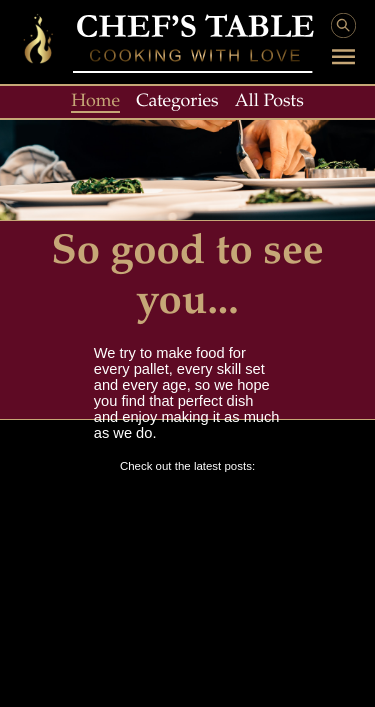
Repository: Noroff-FEU-Assignments/project-exam-1-runeunhjem
Page: index.html
An editor plug-in stored every save of this project. The page is shown before and after the next save, followed by the edit.
The browser window is 375 px wide. The pictures show the whole page.
The page's requests for data from a server got no answer.

Above is the page before, as saved 2023-05-01 14:09:28.

### index.html
<!DOCTYPE html>
<html lang="en">
<head>
  <!-- Hotjar Tracking Code for CHEF'S TABLE -->
  <script>
      (function(h,o,t,j,a,r){
          h.hj=h.hj||function(){(h.hj.q=h.hj.q||[]).push(arguments)};
          h._hjSettings={hjid:3468936,hjsv:6};
          a=o.getElementsByTagName('head')[0];
          r=o.createElement('script');r.async=1;
          r.src=t+h._hjSettings.hjid+j+h._hjSettings.hjsv;
          a.appendChild(r);
      })(window,document,'https://static.hotjar.com/c/hotjar-','.js?sv=');
  </script>
  <meta charset="UTF-8">
  <meta http-equiv="X-UA-Compatible" content="IE=edge">
  <meta name="viewport" content="width=device-width, initial-scale=1.0">
  <meta name="keywords" content="Cooking, Chef, Table, Dinner, Dessert, Cousine, Recipes, Food">
  <meta name="description" content="A blog with recipes for only the best and juiciest dishes">
  <link rel="stylesheet" href="css/styles.css">
  <link rel="stylesheet" href="css/out-of-view-menu-text.css">
  <link rel="shortcut icon" href="favicon.ico" type="image/x-icon">
  <script defer src="js/posts.js" type="module"></script>
  <script defer src="js/searchbar.js"></script>
  <script defer src="js/script.js" type="module"></script>
  <title>CHEF'S TABLE | Home</title>
</head>
<body>
  <header class="header-desktop header-mobile" aria-label="Header">
    <div class="header-container">
      <div class="header-flame-logo head-item">
        <a href="index.html" aria-label="Home">
          <img src="images/logo-flame.svg" class="flame-logo" alt="Chef's Table Flame Logo">
          <span class="out-of-view-menu-text">Home</span>
        </a>
      </div>
      <div class="header-text-logo head-item">
        <img src="images/mob-logo-text.svg" id="logo-text" alt="Chef's Table Text Logo">
      </div>
        <div class="search-and-menu header-icons head-item">
          <div class="search-icon">
            <img src="images/ico-search.svg" alt="Search Icon">
          </div>
          <div class="menu-icon">
            <img src="images/ico-menu.svg" alt="Menu Icon">
          </div>
        </div>
    </div>
    <nav class="main-navigation" aria-label="Main Navigation">
      <div class="nav-container">
        <div class="desk-menu mob-menu menu">
            <ul class="search-bar nav-bar">
              <li><a href="index.html" class="active">Home</a></li>
              <li><a href="categories.html">Categories</a></li>
              <li><a href="all-posts.html">All Posts</a></li>
              <li class="desktop-only tablet"><a href="latest-posts.html">Latest Posts</a></li>
              <li class="desktop-only tablet"><a href="image-gallery.html">Image Gallery</a></li>
              <li class="desktop-only"><a href="contact.html">Contact</a></li>
              <li class="desktop-only"><a href="about.html">About</a></li>
              <li class="desktop-only"><a href="add-new-post.html">Add New Post</a></li>
            </ul>
            <div class="search-container">
              <form>
                <input type="text" placeholder="Search..." aria-label="Search for recipes">
                <button type="submit" class="search-button">
                  <div class="searchbar-icon">
                    <img src="images/ico-search.svg" alt="Search Icon">
                  </div>
                </button>
              </form>
            </div>
          </div>
        </div>
    </nav>
  </header>
  <main class="index" aria-label="Main Section">
    <div class="hero-image post-preview" id="post-preview"></div>
    <div class ="thank-you-note">
      <h2 class="so-god-to-see-you">So good to see you...</h2>
      <p class="enjoy-note">We try to make food for every pallet, every skill set and every age, so we hope you find that perfect dish and enjoy making it as much as we do.</p>
      <p class="check-latest-posts-note">Check out the latest posts:</p>
    </div>
    <div class="carousel-home" id="carousel-home"></div>
  </main>
  <footer class="footer">
  </footer>
</body>
</html>

### css/styles.css
:root {
  --color-black: #000000;
  --color-white: #FFFFFF;
  --color-grey: #D9D9D9;
  --color-gold: #C6A777;
  --color-red: #A60033;
  --color-burgundy: #5E0A24;
  --border-radius-50: 50%;
  --border-radius-10: 10%;
  --border-1px-gold: 1px solid var(--color-gold);
  --border-2px-gold: 2px solid var(--color-gold);
  --font-family-elegant: "Garamond", "Times New Roman", serif;
  --font-family-normal: "Arial", "Helvetica", sans-serif;
}

*, *:before, *:after {
  box-sizing: inherit;
}

body {
  margin: 0;
  box-sizing: border-box;
  background-color: var(--color-black);
  color: var(--color-white);
}

header {
  display: flex;
  justify-content: center;
  flex-wrap: wrap;
}

img {
  max-width: 100%;
  max-height: 100%;
}

.header-container {
  display: flex;
  justify-content: space-around;
  align-items: center;
  margin: 0.5em 1em 0.7em 1em;
  box-sizing: border-box;
  max-height: 100%;
  width: 90vw;
  max-width: 970px;
  gap: 1em;
}
.header-container .flame-logo {
  max-height: 100px;
}

.header-text-logo {
  display: flex;
  align-items: flex-start;
}

.search-icon, .menu-icon {
  display: flex;
  justify-content: center;
  align-items: flex-end;
}

.search-and-menu {
  gap: 0.5em;
}

.head-item {
  display: flex;
  flex-direction: column;
  align-items: center;
  justify-content: center;
}

.main-navigation {
  display: flex;
  justify-content: center;
  align-items: center;
  height: auto;
  max-width: 100%;
  max-height: 100%;
}

.nav-container .menu {
  background-color: var(--color-burgundy);
  border-top: var(--border-2px-gold);
  border-bottom: var(--border-2px-gold);
  display: flex;
  flex-direction: column;
  justify-content: center;
  align-items: center;
  width: 100vw;
  min-height: 36px;
  height: 4vw;
  max-height: 48px;
}
.nav-container ul {
  display: flex;
  justify-content: space-around;
  gap: 1em;
  padding: 0;
  margin: 0;
  align-items: center;
}
.nav-container a {
  font-family: var(--font-family-elegant);
  font-size: calc(1rem + 0.5vw);
  color: var(--color-white);
  text-decoration: none;
}
.nav-container .hide {
  display: none;
}
.nav-container a:hover {
  color: var(--color-gold);
}
.nav-container li {
  list-style: none;
}
.nav-container .active {
  color: var(--color-gold);
  border-bottom: var(--border-2px-gold);
}

.search-container {
  display: none;
}

.show {
  display: flex;
  justify-content: center;
  align-items: center;
  max-width: 970px;
}
.show form {
  display: flex;
  justify-content: center;
  align-items: center;
  gap: 0.5em;
}
.show form input {
  text-indent: 0.5em;
  font-size: 1.2rem;
  background-color: var(--color-black);
  color: var(--color-white);
  border: var(--border-1px-gold);
  min-height: 24px;
  height: 2vw;
  min-width: 250px;
  border-radius: 6px;
}
.show form .search-button {
  border-radius: var(--border-radius-50);
  padding: 0;
  margin: 0;
  background-color: var(--color-burgundy);
  border: 1px solid var(--color-burgundy);
  min-height: 24px;
  height: 2vw;
}
.show img {
  min-height: 24px;
  height: 2vw;
}

main {
  display: flex;
  flex-direction: column;
  justify-content: flex-start;
  align-items: center;
}

.hero-image {
  background-image: url(../images/hero-image.png);
  background-size: cover;
  background-repeat: no-repeat;
  background-position: center bottom;
  width: 100vw;
  height: 279px;
}

.thank-you-note {
  display: flex;
  flex-direction: column;
  justify-content: flex-start;
  text-align: center;
  width: 100%;
  height: 200px;
  margin-bottom: 1em;
  background-color: var(--color-burgundy);
  color: var(--color-white);
  border-top: var(--border-1px-gold);
  border-bottom: var(--border-1px-gold);
}

.so-god-to-see-you {
  margin: 0.2em auto;
  font-family: var(--font-family-elegant);
  font-size: calc(2.5rem + 0.5vw);
  color: var(--color-gold);
}

.enjoy-note {
  width: 50vw;
  text-align: left;
  margin: 0.5em auto;
  font-family: var(--font-family-normal);
  font-size: calc(0.8rem + 0.5vw);
}

.check-latest-posts-note {
  font-family: var(--font-family-normal);
  font-size: calc(0.6rem + 0.5vw);
}

.carousel-home {
  display: flex;
  justify-content: flex-start;
  align-items: flex-start;
  width: 80vw;
  margin-bottom: 2em;
  gap: 1em;
}

.post-container {
  border: var(--border-1px-gold);
  border-radius: 6px;
  padding: 0.5em;
  height: 295px;
  width: 243px;
}

.post-image-container {
  width: 213px;
  height: 110px;
  padding-bottom: 56.25%; /* 16:9 aspect ratio */
  background-size: cover;
  background-position: center center;
  border-top-left-radius: 6px;
  border-top-right-radius: 6px;
}

.post-title {
  font-family: var(--font-family-elegant);
  font-size: 1.2rem;
  font-weight: bold;
  color: var(--color-gold);
  height: 40px;
  margin: 0.4em 0 0 0;
}

.post-tagline {
  font-family: var(--font-family-normal);
  margin: 0.4em 0;
  font-size: 0.9rem;
  height: 32px;
}

.post-tags {
  font-family: var(--font-family-normal);
  font-size: 0.8rem;
  margin: 0 0 0.6em 0;
  height: 48px;
  line-height: 1.35;
}

.post-added {
  font-family: var(--font-family-normal);
  font-size: 0.7rem;
  margin: 0;
}

@media screen and (max-width: 768px) {
  .desktop-only {
    display: none;
  }
  .tablet {
    display: block;
  }
  .hero-image {
    background-image: url(../images/hero-image.png);
    height: 180px;
  }
}
@media screen and (max-width: 460px) {
  .tablet {
    display: none;
  }
  .hero-image {
    background-image: url(../images/hero-image.png);
    height: 100px;
  }
}/*# sourceMappingURL=styles_20230501140928.css.map */

### css/out-of-view-menu-text.css
.out-of-view-menu-text {
  position: absolute;
  left: -10000px;
}

### js/posts.js
const apiUrl = "https://wordpress.runeunhjem.no/wp-json/wp/v2/posts?per_page=50";
let posts = [];

async function getPosts() {
  try {
    const response = await fetch(apiUrl);
    const result = await response.json();
    console.log(result);

    for (const item of result) {
      const categoriesResponse = await fetch(item._links["wp:term"][0].href);
      const categoriesResult = await categoriesResponse.json();
      const categories = categoriesResult.map(category => category.name);

      const tagsResponse = await fetch(item._links["wp:term"][1].href);
      const tagsResult = await tagsResponse.json();
      const tags = tagsResult
        .filter((tag) => tag.name !== "ep1" && tag.name !== "food").map((tag) => tag.name);

      const post = {
        postId: item.id,
        title: item.title.rendered.replace(/&amp;/g, "&"),
        shortDescription: item.content.rendered.match(/<p>(.*?)<\/p>/)[1].trim(),
        tags: tags,
        date: new Date(item.modified),
        categories: categories,
        image: item.content.rendered.match(/src="([^"]*)"/)[1],
        instructions: item.content.rendered.match(/<ol>(.*?)<\/ol>/s)[0],
        recipe: item.content.rendered.match(/Ingredients:([\s\S]*?)<ol>/)[1].trim(),
      };
      posts.push(post);
    // for (const item of result) {
    //   // fetch categories and tags for the post

    //   const post = {
    //     postId: item.id,
    //     title: item.title.rendered.replace(/&/g, "&amp;"),
    //     categories: categories,
    //     tags: tags,
    //     image: item.content.rendered.match(/src="([^"]*)"/)[1],
    //     instructions: item.content.rendered.match(/<ol>(.*?)<\/ol>/s)[0],
    //     recipe: item.content.rendered.match(/Ingredients:([\s\S]*?)<ol>/)[1].trim(),
    //     shortDescription: item.excerpt.rendered.replace(/(<([^>]+)>)/gi, "").trim()
    //   };
    //   posts.push(post);
    };
  } catch (error) {
    console.log(error);
  };
};

export { getPosts, posts };

### js/script.js
import { getPosts, posts } from "./posts.js";

(async function () {
  await getPosts();
  console.log("posts is: ", posts);

  const carousel = document.getElementById("carousel-home");

  for (const post of posts) {
    const postContainer = document.createElement("div");
    postContainer.classList.add("post-container");

    const container = document.createElement("div");
    container.classList.add("post-image-container");
    postContainer.appendChild(container);

    const image = new Image();
    image.onload = function () {
      container.style.backgroundImage = `url(${image.src})`;
    };
    image.src = post.image;

    const title = document.createElement("h2");
    title.classList.add("post-title");
    title.textContent = post.title;
    postContainer.appendChild(title);

    const tagLine = document.createElement("p");
    tagLine.classList.add("post-tagline");
    tagLine.textContent = post.shortDescription;
    postContainer.appendChild(tagLine);

    const tags = document.createElement("p");
    tags.classList.add("post-tags");
    tags.textContent = `Tags: ${post.tags.join(", ")}`;
    postContainer.appendChild(tags);

    const date = new Date(post.date);
    const dateString = `${date.toLocaleString("en-us", { month: "short" })} ${date.getDate()}, ${date.getFullYear()}`;
    const added = document.createElement("p");
    added.classList.add("post-added");
    added.textContent = `Modified: ${dateString}`;
    postContainer.appendChild(added);


    // const categories = document.createElement("p");
    // categories.textContent = `Categories: ${post.categories.join(", ")}`;
    // postContainer.appendChild(categories);


    // const instructions = document.createElement("div");
    // instructions.innerHTML = post.instructions;
    // postContainer.appendChild(instructions);

    // const recipe = document.createElement("div");
    // recipe.innerHTML = post.recipe;
    // postContainer.appendChild(recipe);

    carousel.appendChild(postContainer);
  }
})();

### js/searchbar.js
const searchIcon = document.querySelector(".search-icon");
const searchContainer = document.querySelector(".search-container");
const navContainer = document.querySelector(".search-bar");

searchIcon.addEventListener("click", function () {
  searchContainer.classList.toggle("show");
  navContainer.classList.toggle("hide");
});

After the next save:
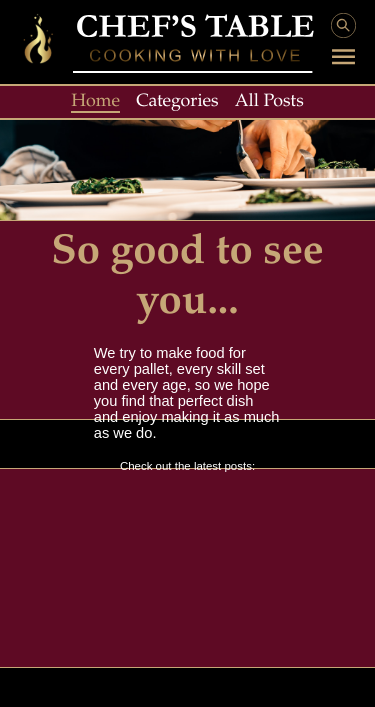
Saved 6 s later.
--- a/css/styles.css
+++ b/css/styles.css
@@ -270,6 +270,19 @@ main {
   margin: 0;
 }
 
+footer {
+  display: flex;
+  flex-direction: column;
+  justify-content: center;
+  align-items: center;
+  width: 100vw;
+  height: 200px;
+  background-color: var(--color-burgundy);
+  color: var(--color-white);
+  border-top: var(--border-1px-gold);
+  border-bottom: var(--border-1px-gold);
+}
+
 @media screen and (max-width: 768px) {
   .desktop-only {
     display: none;
@@ -290,4 +303,4 @@ main {
     background-image: url(../images/hero-image.png);
     height: 100px;
   }
-}/*# sourceMappingURL=styles_20230501140928.css.map */
+}/*# sourceMappingURL=styles_20230501140934.css.map */
